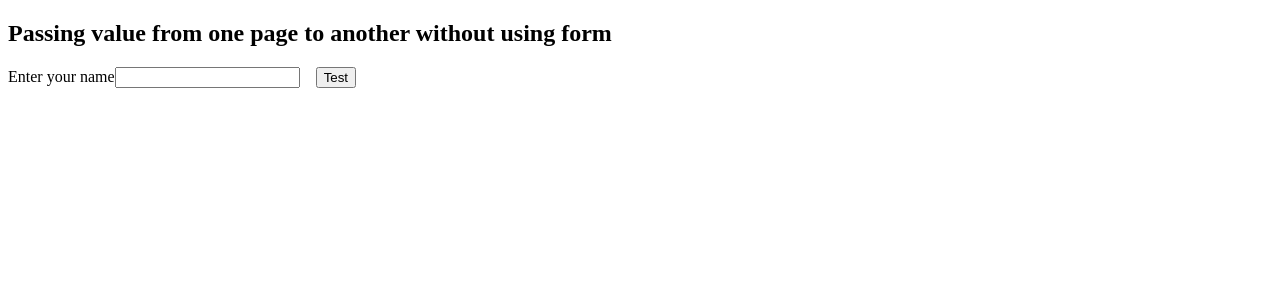
Repository: ishanbassi/iotasol-assignments
Page: /iotasol/work-1
These files come from the project's save history. The page is drawn as it stood at one moment and after the next save; the edit follows.
The browser window is 1280 px wide. The pictures show the whole page.
The project was rebuilt for these pictures with package versions that can differ from the ones it lists, and the page was loaded fresh each time. The framework's server and built-in components were replaced by stand-ins that run in the browser.

Above is the page before, as saved 2022-11-08 12:04:34.

After the next save:
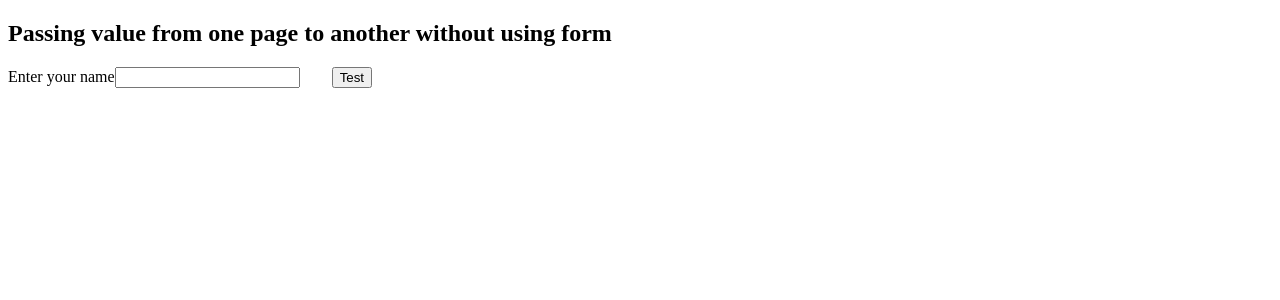
Saved 8 s later.
--- a/styles/global.css
+++ b/styles/global.css
@@ -1,3 +1,3 @@
 label{
-    margin-right:1em
+    margin-right:2em
 }
